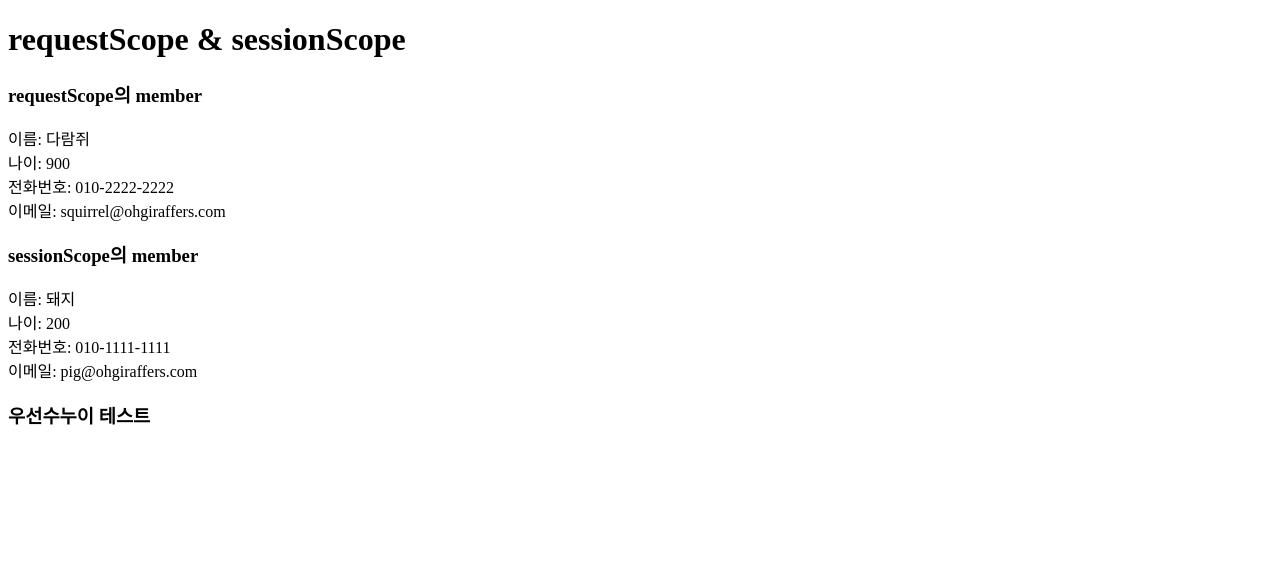
Repository: Joehyunhee/06_jsp
Page: http://localhost/chap02-el-jstl/test4
The author's editor kept a copy of each file at every save. The page is drawn from the files as they stood at one save, then again after the next save.
The browser window is 1280 px wide. The pictures show the whole page.
The page is served by Tomcat 10.

Above is the page before, as saved 2024-06-10 06:12:44.

After the next save:
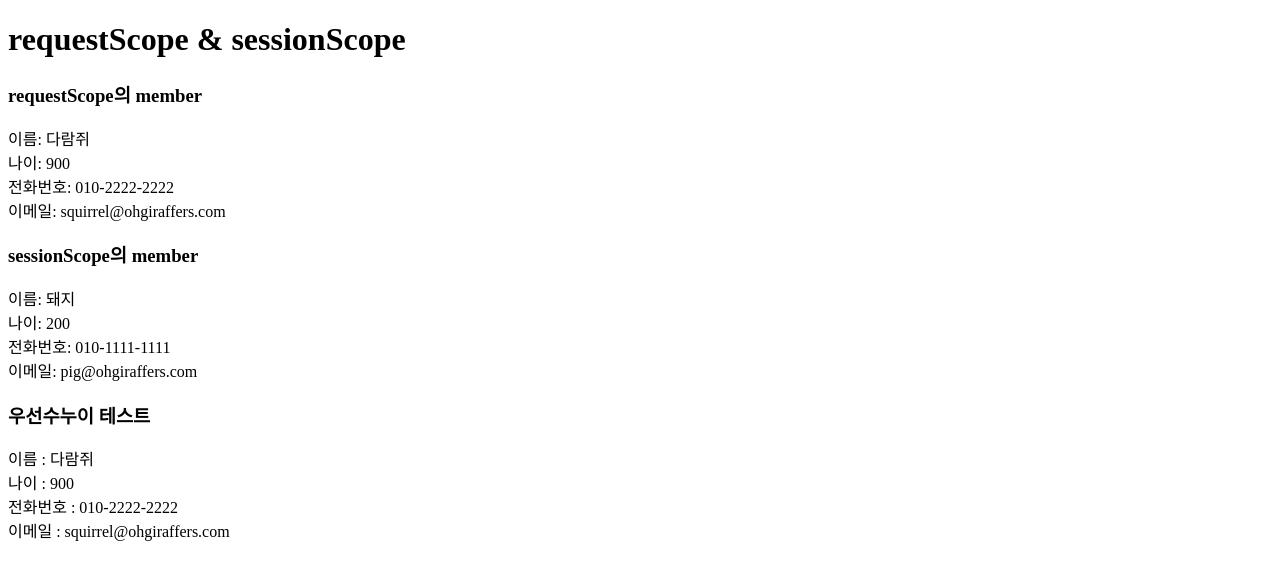
Saved 42 s later.
--- a/chap02-el-jstl/src/main/webapp/views/el/testEl4.jsp
+++ b/chap02-el-jstl/src/main/webapp/views/el/testEl4.jsp
@@ -22,5 +22,12 @@
 	이메일: ${sessionScope.member.email} <br>
 
 	<h3>우선수누이 테스트</h3>
+	이름 : ${member.name} <br>
+	나이 : ${member.age} <br>
+	전화번호 : ${member.phone} <br>
+	이메일 : ${member.email} <br>
+
+
+
 </body>
 </html>
